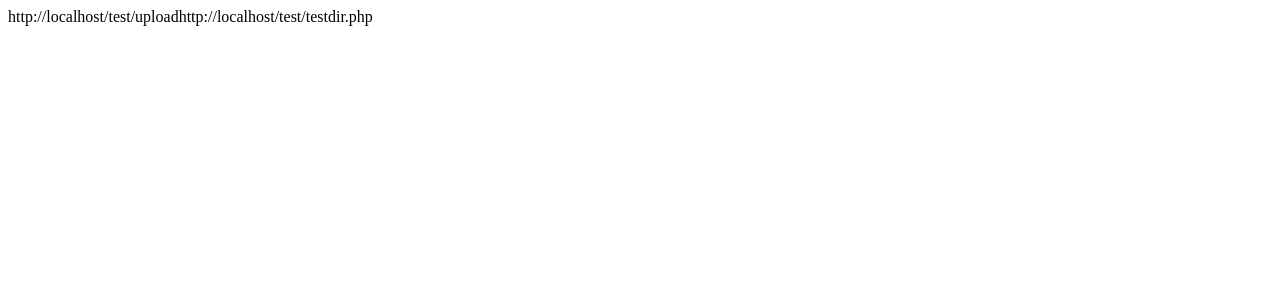
Repository: SolarHalo/dbe
Page: http://localhost/test/testdir.php
These files come from the project's save history. The page is drawn as it stood at one moment and after a run of saves; the edit follows.
The browser window is 1280 px wide. The pictures show the whole page.
The page is run by PHP 8.4 with error messages shown; the project is at /var/www/html/.

Above is the page before, as saved 2013-03-22 02:59:08.

### test/test/testdir.php
<?php
//echo "http://".$_SERVER ['HTTP_HOST'];
//echo $_SERVER["DOCUMENT_ROOT"];
//
//$newPath = explode(":", $_SERVER["DOCUMENT_ROOT"]);
//echo "<br/>".$newPath[1];


function format_url($srcurl, $baseurl) {
  $srcinfo = parse_url($srcurl);
  if(isset($srcinfo['scheme'])) {
    return $srcurl;
  }
  $baseinfo = parse_url($baseurl);
  $url = $baseinfo['scheme'].'://'.$baseinfo['host'];
  if(substr($srcinfo['path'], 0, 1) == '/') {
    $path = $srcinfo['path'];
  }else{
    $path = dirname($baseinfo['path']).'/'.$srcinfo['path'];
  }
  $rst = array();
  $path_array = explode('/', $path);
  if(!$path_array[0]) {
    $rst[] = '';
  }
  foreach ($path_array AS $key => $dir) {
    if ($dir == '..') {
      if (end($rst) == '..') {
        $rst[] = '..';
      }elseif(!array_pop($rst)) {
        $rst[] = '..';
      }
    }elseif($dir && $dir != '.') {
      $rst[] = $dir;
    }
   }
  if(!end($path_array)) {
    $rst[] = '';
  }
  $url .= implode('/', $rst);
  return str_replace('\\', '/', $url);
}

$srcurl = '../upload';
$baseurl = 'http://localhost/test/test/testdir.php';
echo format_url($srcurl, $baseurl);

$url_this =  "http://".$_SERVER ['HTTP_HOST'].$_SERVER['PHP_SELF'];
echo $url_this;
?>

After the next 2 saves:
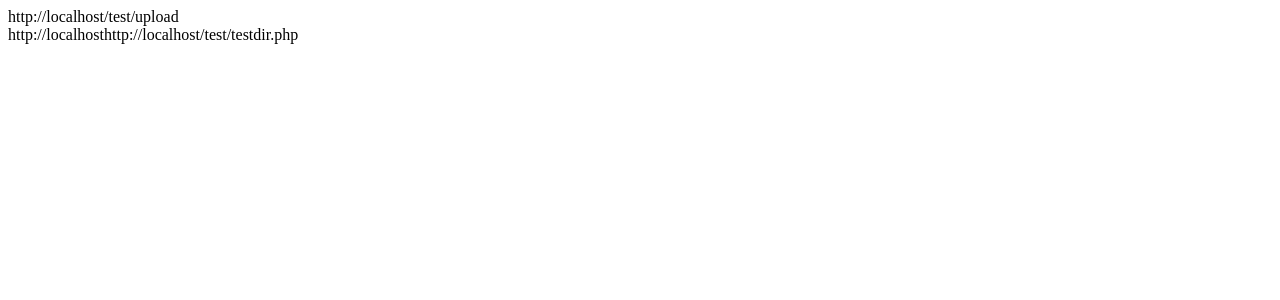
The 2 saves are shown as one change because they came seconds apart.
The last was saved 36 min 52 s later.
--- a/test/test/testdir.php
+++ b/test/test/testdir.php
@@ -44,7 +44,7 @@ function format_url($srcurl, $baseurl) {
 $srcurl = '../upload';
 $baseurl = 'http://localhost/test/test/testdir.php';
 echo format_url($srcurl, $baseurl);
-
+echo "<br/>http://".$_SERVER ['HTTP_HOST'];
 $url_this =  "http://".$_SERVER ['HTTP_HOST'].$_SERVER['PHP_SELF'];
 echo $url_this;
 ?>
